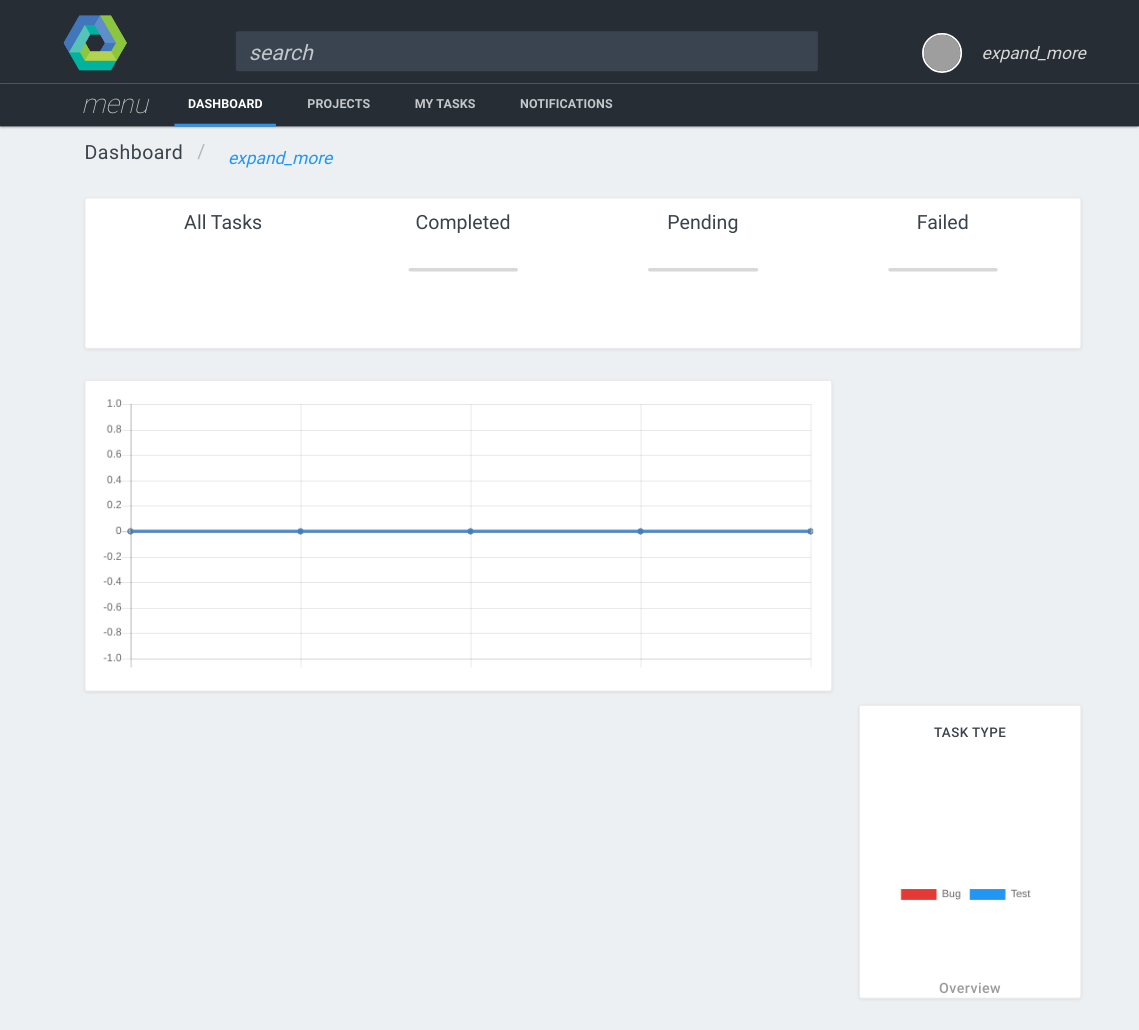
Repository: RenanChagas/ProjectManagement
Page: http://localhost/finalproject/WEB-INF/views/dashboard.jsp
These files come from the project's save history. The page is drawn as it stood at one moment and after the next save; the edit follows.
The browser window is 1280 px wide. The pictures show the whole page, at 89% of full size.
Pictures or frames that could not be fetched are drawn as grey boxes. The page is served by Tomcat 9. Nobody is signed in. The template is opened directly, without the code that normally fills it, so the values that code supplies are empty.

Above is the page before, as saved 2017-11-20 03:38:14.

After the next save:
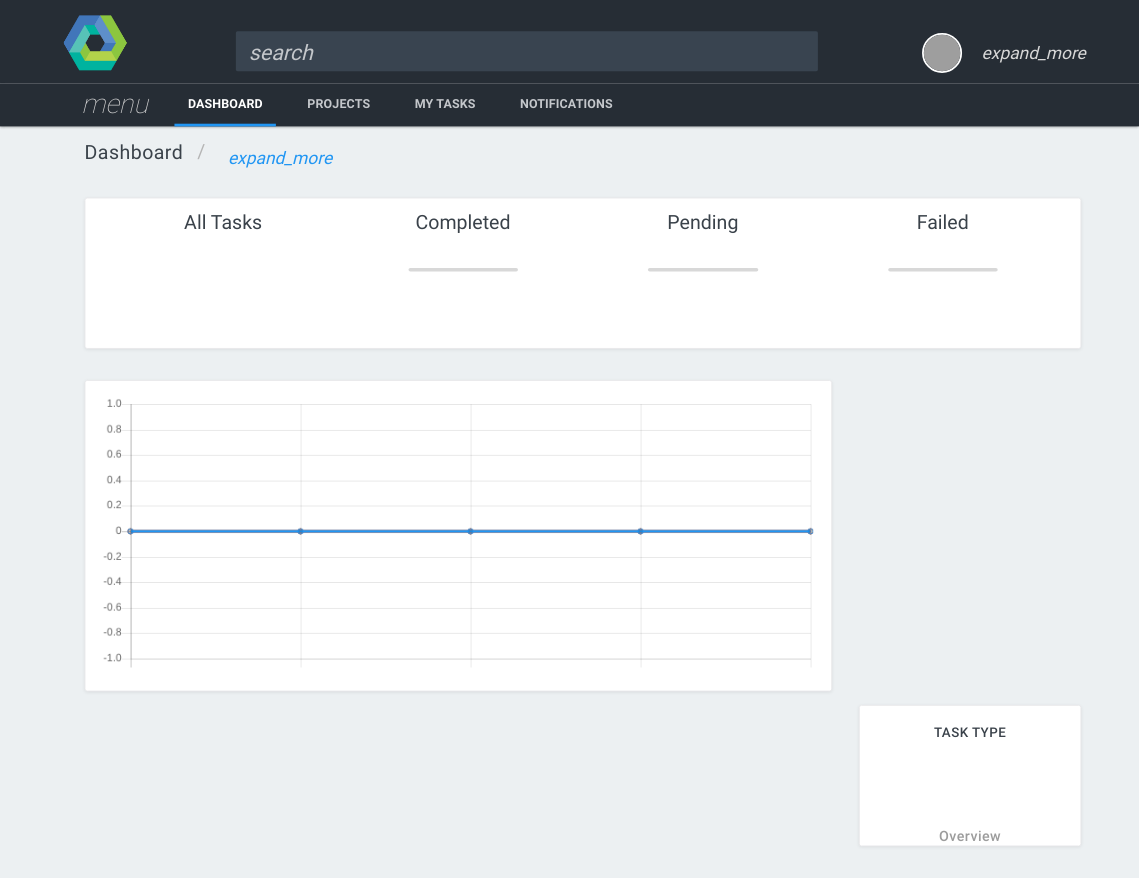
Console error: SyntaxError: Unexpected token '-'
Saved 99 s later.
--- a/finalproject/src/main/webapp/WEB-INF/views/dashboard.jsp
+++ b/finalproject/src/main/webapp/WEB-INF/views/dashboard.jsp
@@ -348,7 +348,8 @@
                 "options":{
                   "legend": {
                     display: true,
-                    position: "bottom"
+                    position: "bottom",
+                    padding-top: 10
                   },
                   "layout": {
                 	  "padding": {

After the 3 saves that followed:
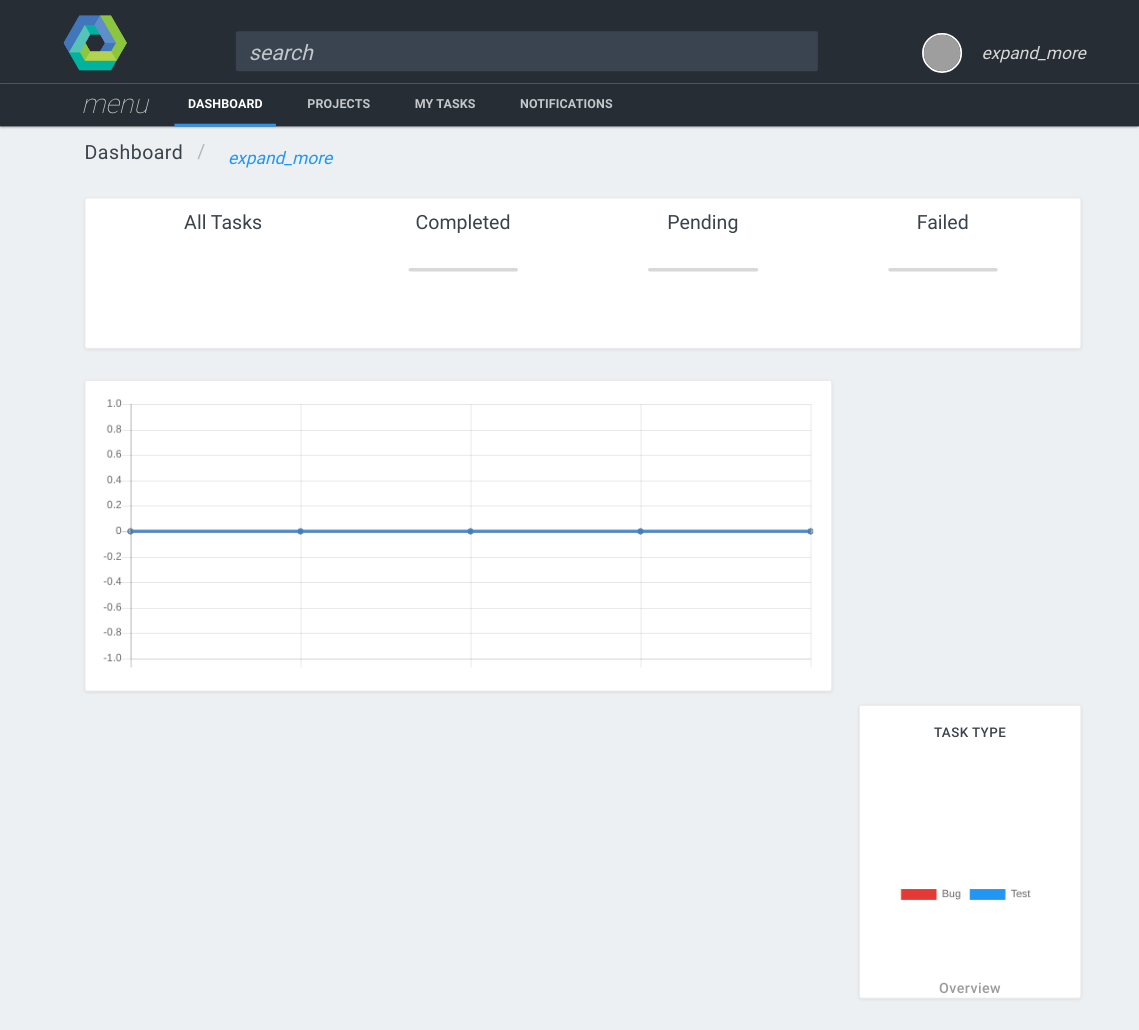
The error is gone.
The 3 saves are shown as one change because 2 left the picture as it was.
The last was saved 62 s later.
--- a/finalproject/src/main/webapp/WEB-INF/views/dashboard.jsp
+++ b/finalproject/src/main/webapp/WEB-INF/views/dashboard.jsp
@@ -348,8 +348,8 @@
                 "options":{
                   "legend": {
                     display: true,
-                    position: "bottom",
-                    padding-top: 10
+                    top: "10px",
+                    position: "bottom"
                   },
                   "layout": {
                 	  "padding": {
